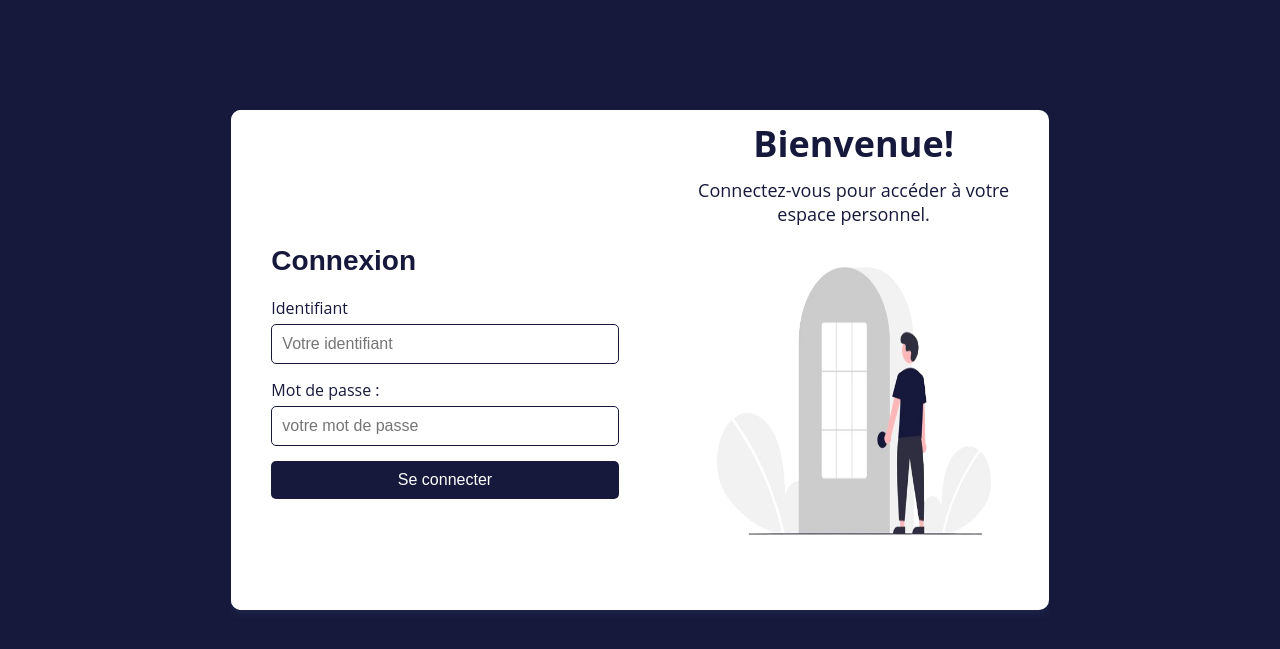
Repository: ndiawar/ProjetGab
Page: home.html
An editor plug-in stored every save of this project. The page is shown before and after the next save, followed by the edit.
The browser window is 1280 px wide. The pictures show the whole page.

Above is the page before, as saved 2024-08-07 14:19:16.

### home.html
<!DOCTYPE html>
<html lang="fr">
<head>
    <meta charset="UTF-8">
    <meta name="viewport" content="width=device-width, initial-scale=1.0">
    <link rel="stylesheet" href="style.css">
    <title>Page de Connexion</title>
</head>
<body>
    <div class="login-container">
        <!-- Section de formulaire -->
        <div class="login-form">
            <h2 id="titreCnx">Connexion</h2>
            <form>
                <div class="form-group">
                    <label for="identifiant">Identifiant</label>
                    <input type="text" id="identifiant" name="identifiant" placeholder="Votre identifiant" required>
                </div>
                <div class="form-group">
                    <label for="password">Mot de passe :</label>
                    <input type="password" id="password" name="password" placeholder="votre mot de passe" required>
                </div>
                <button type="submit">Se connecter</button>
            </form>
        </div>

        <!-- Section de bienvenue -->
        <div class="welcome-section">
            <div class="welcome-content">
                <h1>Bienvenue!</h1>
                <p>Connectez-vous pour accéder à votre espace personnel.</p>
                <img src="./image/accueil.png" alt="Logo" class="logo">
            </div>
        </div>
    </div>
</body>
</html>

### style.css
:root {
    /* Définition des couleurs de base */
    --blue-sky-1: #16193B; /* Bleu nuit */
    --blue-sky-2: #35478C; /* Bleu foncé */
    --blue-sky-3: #4E7AC7; /* Bleu vif */
    --blue-sky-4: #7FB2F0; /* Bleu clair */
    --blue-sky-5: #ADD5F7; /* Bleu très clair */
    --Noir-6: #000000; /* Noir */
    --Blanc-7: #ffffff; /* Blanc */

    /* Utilisation des couleurs pour différents éléments */
    --color-title: var(--blue-sky-1); /* Couleur pour les titres */
    --color-subtitle: var(--blue-sky-3); /* Couleur pour les sous-titres */
    --color-paragraph: var(--blue-sky-2); /* Couleur pour les paragraphes */
    --color-border: var(--blue-sky-4); /* Couleur pour les bordures */
    --color-backgroundFoncé: var(--blue-sky-1); /* Couleur de fond foncée */
    --color-background: var(--blue-sky-5); /* Couleur de fond général */
    --color-text: var(--Noir-6); /* Couleur pour le texte de fond */
    --color-white: var(--Blanc-7); /* Couleur blanche pour le texte de fond d'une balise */

    /* Polices */
    --font-title: 'Montserrat', sans-serif;
    --font-text: 'Open Sans', sans-serif;
    --font-subtitle: 'Roboto', sans-serif;

    /* Taille de police standard et poids */
    --font-size-normal: 16px; /* Taille de police standard pour le texte */
    --font-size-title: 28px; /* Taille de police pour les grands titres */
    --font-size-subtitle: 20px; /* Taille de police pour les sous-titres */
    --font-weight-normal: 400; /* Poids normal de la police */
    --font-weight-bold: 700; /* Poids en gras */
    /* Pour le profil la taille du nom et du sous-titre */
    --font-size-titleProfil: 45px;
    --font-size-subtitleProfil: 30px;
}


/*Initialisation de notre body pour supprimer les marges et choix du type de police pour notre site*/


/*Initialisation de notre body pour supprimer les marges et choix du type de police pour notre site*/
* {
  box-sizing: border-box;
}

/* Style global pour le corps de la page */
body, html {
    margin: 0;
    padding: 0;
    color: var(--color-text);
    font-family: var(--font-text);
    font-size: var(--font-size-normal);
    font-weight: var(--font-weight-normal);
    overflow-x: hidden;
    height: 100%;
    display: flex;
    align-items: center;
    justify-content: center;
    background-color: var(--color-backgroundFoncé);/**/
}

/* Conteneur principal qui tient la page de connexion */
.login-container {
    display: flex;
    width: 100%;
    max-width: 900px;
    height: 500px;
    background-color: var(--color-white);
    box-shadow: 0 4px 8px rgba(101, 150, 214, 0.1);
    border-radius: 10px;
    overflow: hidden;
}

/* Style pour la section du formulaire de connexion */
.login-form {
    flex: 1;
    padding: 40px;
    background-color: var(--color-white);
    display: flex;
    flex-direction: column;
    justify-content: center;
}

/* Style pour les titres et formulaires dans la section de connexion */
.login-form h2 {
    margin-bottom: 20px;
    color: var(--color-title);
    font-size: var(--font-size-title);
    font-family: var(--font-title);
    font-weight: var(--font-weight-bold);
}

.form-group {
    margin-bottom: 15px;
    font-size: var(--font-subtitle);
    font-weight: var(--font-weight-normal);
    font-family: var(--font-text);
    color: var(--color-title);
}

.form-group label {
    display: block;
    margin-bottom: 5px;
    color: var(--color-title);
}

.form-group input {
    width: 100%;
    padding: 10px;
    border: 1px solid var(--color-title);
    border-radius: 5px;
    font-size: 16px;
    box-sizing: border-box;
}

button {
    width: 100%;
    padding: 10px;
    background-color: var(--color-backgroundFoncé);
    color: var(--color-white);
    border: none;
    border-radius: 5px;
    font-size: 16px;
    cursor: pointer;
    transition: background-color 0.3s ease;
}

button:hover {
    background-color: var(--color-border);
}

/* Style pour la section de bienvenue avec le logo */
.welcome-section {
    flex: 1;
    display: flex;
    align-items: center;
    justify-content: center;
    color: var(--color-backgroundFoncé);
}

.welcome-content {
    text-align: center;
    padding: 20px;
}

.logo {
    width: 350px;
    height: 350px;
    margin-bottom: 20px;
}

.welcome-section h1 {
    margin: 0 0 10px;
    font-size: 36px;
}

.welcome-section p {
    font-size: 18px;
    margin: 0;
}

After the next save:
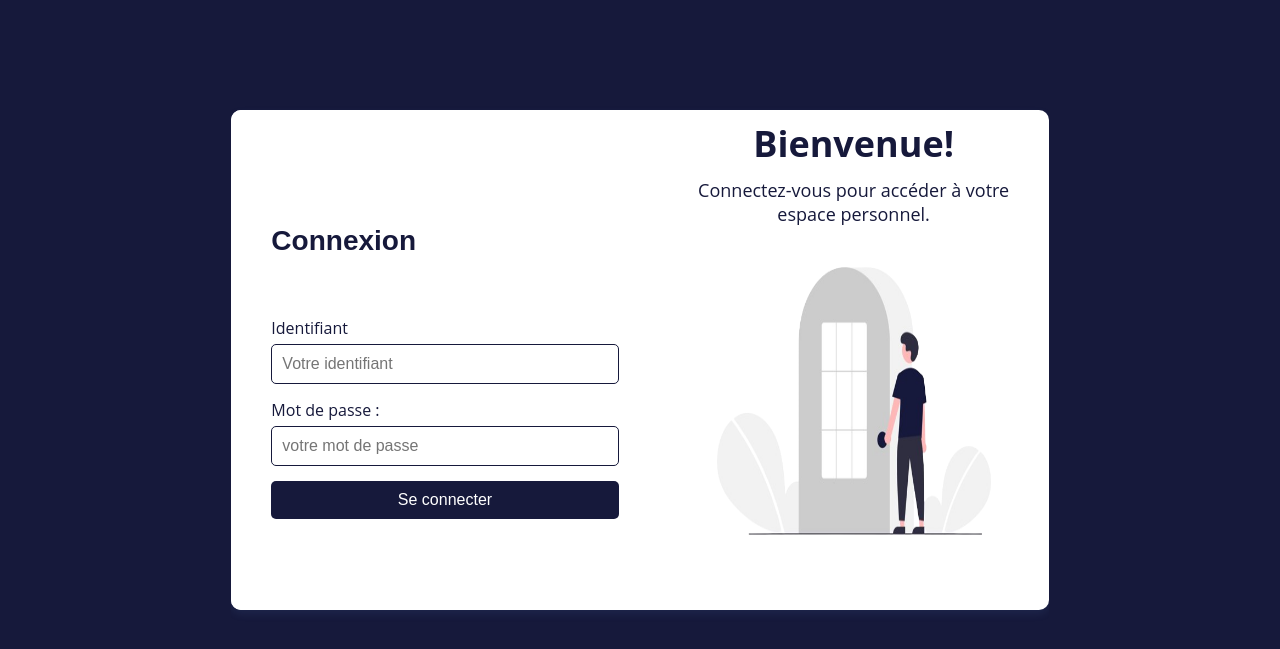
Saved 47 s later.
--- a/style.css
+++ b/style.css
@@ -88,6 +88,7 @@
     font-size: var(--font-size-title);
     font-family: var(--font-title);
     font-weight: var(--font-weight-bold);
+    padding-bottom: 40px;
 }
 
 .form-group {

After the save that followed:
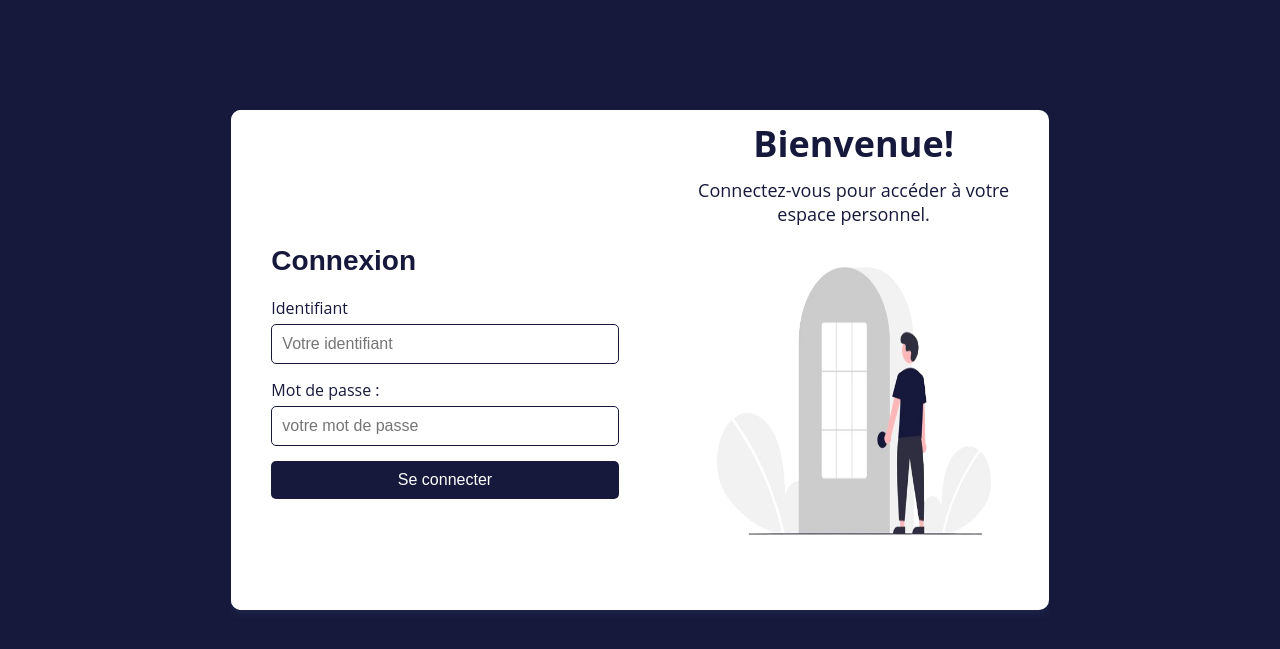
Saved 8 s later.
--- a/style.css
+++ b/style.css
@@ -88,7 +88,6 @@
     font-size: var(--font-size-title);
     font-family: var(--font-title);
     font-weight: var(--font-weight-bold);
-    padding-bottom: 40px;
 }
 
 .form-group {
